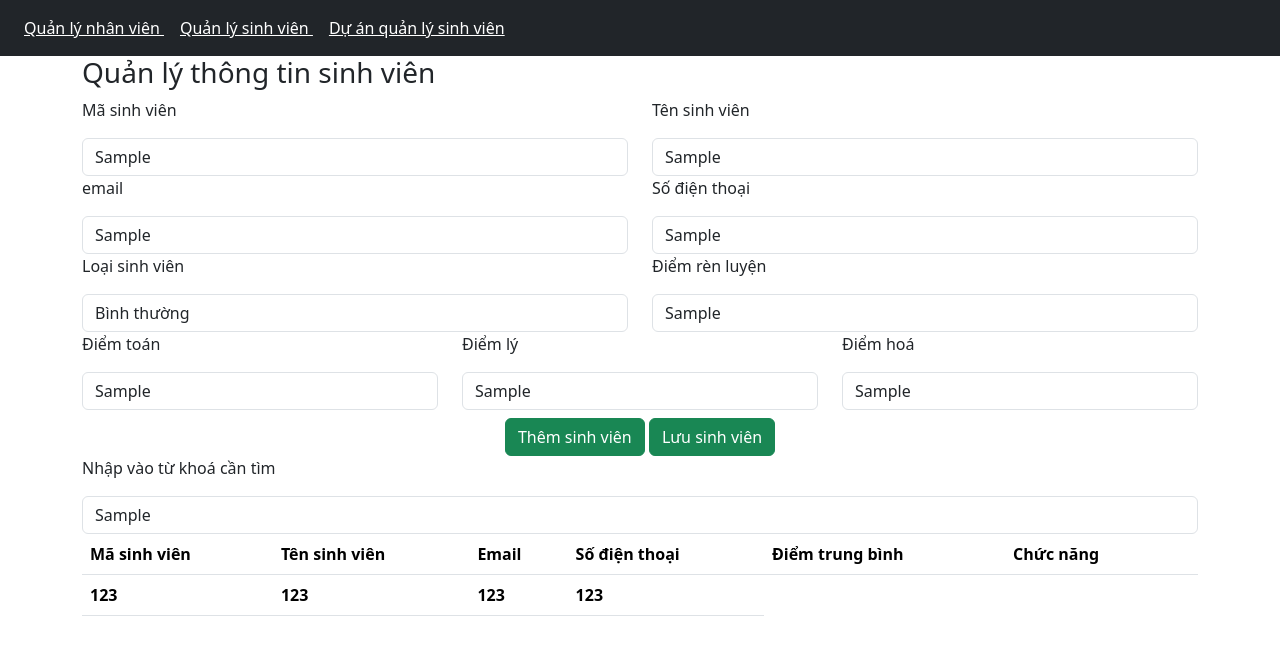
Repository: KhoiNguyen77/JS-Buoi-9--10
Page: duan_qlsv.html
An editor plug-in stored every save of this project. The page is shown before and after the next save, followed by the edit.
The browser window is 1280 px wide. The pictures show the whole page.
Empty fields were first filled with sample values (such as "Sample", 5 or name@example.com).
After loading, the first visible `#frmSinhVien` was submitted once.

Above is the page before, as saved 2023-03-28 10:08:27.

### duan_qlsv.html
<!DOCTYPE html>
<html lang="en">
<head>
    <meta charset="UTF-8">
    <meta http-equiv="X-UA-Compatible" content="IE=edge">
    <meta name="viewport" content="width=device-width, initial-scale=1.0">
    <title>Dự án quản lý sinh viên</title>
    <link href="https://cdn.jsdelivr.net/npm/bootstrap@5.3.0-alpha1/dist/css/bootstrap.min.css" rel="stylesheet" integrity="sha384-GLhlTQ8iRABdZLl6O3oVMWSktQOp6b7In1Zl3/Jr59b6EGGoI1aFkw7cmDA6j6gD" crossorigin="anonymous">
</head>
<body>
    <div class="bg-dark text-white p-3">
        <a href="/quanlynhanvien.html" class="text-white mx-2"> Quản lý nhân viên </a>
        <a href="/index.html" class="text-white mx-2"> Quản lý sinh viên </a>
        <a href="/duan_qlsv.html" class="text-white mx-2"> Dự án quản lý sinh viên </a>
    </div>
    <div class="container">
        <h3>Quản lý thông tin sinh viên</h3>
        <form id="frmSinhVien">
            <div class="row">
                <div class="col-6">
                    <p>Mã sinh viên</p>
                    <input class="form-control" id="maSinhVien" />
                </div>
                <div class="col-6">
                    <p>Tên sinh viên</p>
                    <input class="form-control" id="tenSinhVien" />
                </div>
            </div>
            <div class="row">
                <div class="col-6">
                    <p>email</p>
                    <input class="form-control" id="email" />
                </div>
                <div class="col-6">
                    <p>Số điện thoại</p>
                    <input class="form-control" id="soDienThoai" />
                </div>
            </div>
            <div class="row">
                <div class="col-6">
                    <p>Loại sinh viên</p>
                    <select id="loaiSinhVien" class="form-control">
                        <option>Bình thường</option>
                        <option>Khó khăn</option>
                    </select>
                </div>
                <div class="col-6">
                    <p>Điểm rèn luyện</p>
                    <input class="form-control" id="diemRenLuyen" />
                </div>
            </div>
            <div class="row">
                <div class="col-4">
                    <p>Điểm toán</p>
                    <input class="form-control" id="diemToan" />
                </div>
                <div class="col-4">
                    <p>Điểm lý</p>
                    <input class="form-control" id="diemLy" />
                </div>
                <div class="col-4">
                    <p>Điểm hoá</p>
                    <input class="form-control" id="diemHoa" />
                </div>
            </div>
            <div class="form-group text-center mt-2">
                    <button class="btn btn-success" id="btnThemSinhVien" type="submit">Thêm sinh viên</button>
                    <button id="btnLuu" class="btn btn-success" type="button">Lưu sinh viên</button>
                </div>
        </form>

        <div class="form-group">
            <p>Nhập vào từ khoá cần tìm</p>
            <input class="form-control" id="txtTuKhoa" placeholder="nhập vào từ khoá cần tìm"/>
        </div>

        <table class="table" id="tableSV">
            <thead>
                <tr>

                    <th>Mã sinh viên</th>
                    <th>Tên sinh viên</th>
                    <th>Email</th>
                    <th>Số điện thoại</th>
                    <th>Điểm trung bình</th>
                    <th>Chức năng</th>
                    <th></th>
                </tr>
            </thead>
            <tbody id="tblSinhVien">
                <tr>
                    <th>123</th>
                    <th>123</th>
                    <th>123</th>
                    <th>123</th>
            </tbody>
        </table>
    </div>

    <script src="https://cdn.jsdelivr.net/npm/bootstrap@5.3.0-alpha1/dist/js/bootstrap.bundle.min.js" integrity="sha384-w76AqPfDkMBDXo30jS1Sgez6pr3x5MlQ1ZAGC+nuZB+EYdgRZgiwxhTBTkF7CXvN" crossorigin="anonymous"></script>


    <!--method - lib-->
    <script src="/util/method.js"></script>
    <!--models: Chứa prototype-->
    <script src="/models/SinhVien.js"></script>

    <!--js-->
    <script src="/controllers/duan_qlsv.js"></script>
</body>
</html>

### util/method.js
//Chứa các hàm sử dụng chung cho hệ thống

function setCookie(name,value,days) {
    var expires = "";
    if (days) {
        var date = new Date();
        date.setTime(date.getTime() + (days*24*60*60*1000));
        expires = "; expires=" + date.toUTCString();
    }
    document.cookie = name + "=" + (value || "")  + expires + "; path=/";
}
function getCookie(name) {
    var nameEQ = name + "=";
    var ca = document.cookie.split(';');
    for(var i=0;i < ca.length;i++) {
        var c = ca[i];
        while (c.charAt(0)==' ') c = c.substring(1,c.length);
        if (c.indexOf(nameEQ) == 0) return c.substring(nameEQ.length,c.length);
    }
    return null;
}
function eraseCookie(name) {
    document.cookie = name +'=; Path=/; Expires=Thu, 01 Jan 1970 00:00:01 GMT;';
}

function stringToSlug(title) {
    //Đổi chữ hoa thành chữ thường
    slug = title.toLowerCase();

    //Đổi ký tự có dấu thành không dấu
    slug = slug.replace(/á|à|ả|ạ|ã|ă|ắ|ằ|ẳ|ẵ|ặ|â|ấ|ầ|ẩ|ẫ|ậ/gi, 'a');
    slug = slug.replace(/é|è|ẻ|ẽ|ẹ|ê|ế|ề|ể|ễ|ệ/gi, 'e');
    slug = slug.replace(/i|í|ì|ỉ|ĩ|ị/gi, 'i');
    slug = slug.replace(/ó|ò|ỏ|õ|ọ|ô|ố|ồ|ổ|ỗ|ộ|ơ|ớ|ờ|ở|ỡ|ợ/gi, 'o');
    slug = slug.replace(/ú|ù|ủ|ũ|ụ|ư|ứ|ừ|ử|ữ|ự/gi, 'u');
    slug = slug.replace(/ý|ỳ|ỷ|ỹ|ỵ/gi, 'y');
    slug = slug.replace(/đ/gi, 'd');
    //Xóa các ký tự đặt biệt
    slug = slug.replace(/\`|\~|\!|\@|\#|\||\$|\%|\^|\&|\*|\(|\)|\+|\=|\,|\.|\/|\?|\>|\<|\'|\"|\:|\;|_/gi, '');
    //Đổi khoảng trắng thành ký tự gạch ngang
    slug = slug.replace(/ /gi, "-");
    //Đổi nhiều ký tự gạch ngang liên tiếp thành 1 ký tự gạch ngang
    //Phòng trường hợp người nhập vào quá nhiều ký tự trắng
    slug = slug.replace(/\-\-\-\-\-/gi, '-');
    slug = slug.replace(/\-\-\-\-/gi, '-');
    slug = slug.replace(/\-\-\-/gi, '-');
    slug = slug.replace(/\-\-/gi, '-');
    //Xóa các ký tự gạch ngang ở đầu và cuối
    slug = '@' + slug + '@';
    slug = slug.replace(/\@\-|\-\@|\@/gi, '');

    return slug;
}

### models/SinhVien.js
function SinhVien() {
    this.maSinhVien = '';
    this.tenSinhVien = '';
    this.email = '';
    this.loaiSinhVien = '';
    this.diemRenLuyen = 0;
    this.diemToan = 0;
    this.diemLy = 0;
    this.diemHoa = 0;
    this.soDienThoai = 0;
    this.tinhDiemTrungBinh = function () {
        var dtb = (this.diemHoa + this.diemToan +this.diemLy)/3;
        return dtb
    }

}

### controllers/duan_qlsv.js
var sinhVien = [];
document.querySelector("#frmSinhVien").onsubmit = (event) => {
  // Ngăn reload
  event.preventDefault();
  let addSinhVien = new SinhVien();
  //  Lấy info trên các thẻ input
  addSinhVien.maSinhVien = document.querySelector("#maSinhVien").value;
  addSinhVien.tenSinhVien = document.querySelector("#tenSinhVien").value;
  addSinhVien.email = document.querySelector("#email").value;
  addSinhVien.loaiSinhVien = document.querySelector("#loaiSinhVien").value;
  addSinhVien.diemRenLuyen = document.querySelector("#diemRenLuyen").value;
  addSinhVien.diemToan = document.querySelector("#diemToan").value;
  addSinhVien.diemLy = document.querySelector("#diemLy").value;
  addSinhVien.diemHoa = document.querySelector("#diemHoa").value;
  addSinhVien.soDienThoai = document.querySelector("#soDienThoai").value;
  // Thêm vào mảng sinhVien
  sinhVien.push(addSinhVien);
  console.log(sinhVien);
  localStorage.setItem("Mảng Sinh Viên", JSON.stringify(sinhVien));
};

// function render ra giao diện
render = (array) => {
  let stringHTML = "";
  array.forEach((sv) => {
    stringHTML += `
    <tr>
        <th>${sv.maSinhVien}</th>
        <th>${sv.tenSinhVien}</th>
        <th>${sv.maSinhVien}</th>
        <th>${sv.email}</th>
        <th>${sv.soDienThoai}</th>
    </tr>
    `;
  });
  document.querySelector("#tblSinhVien").innerHTML = stringHTML;
};

After the next save:
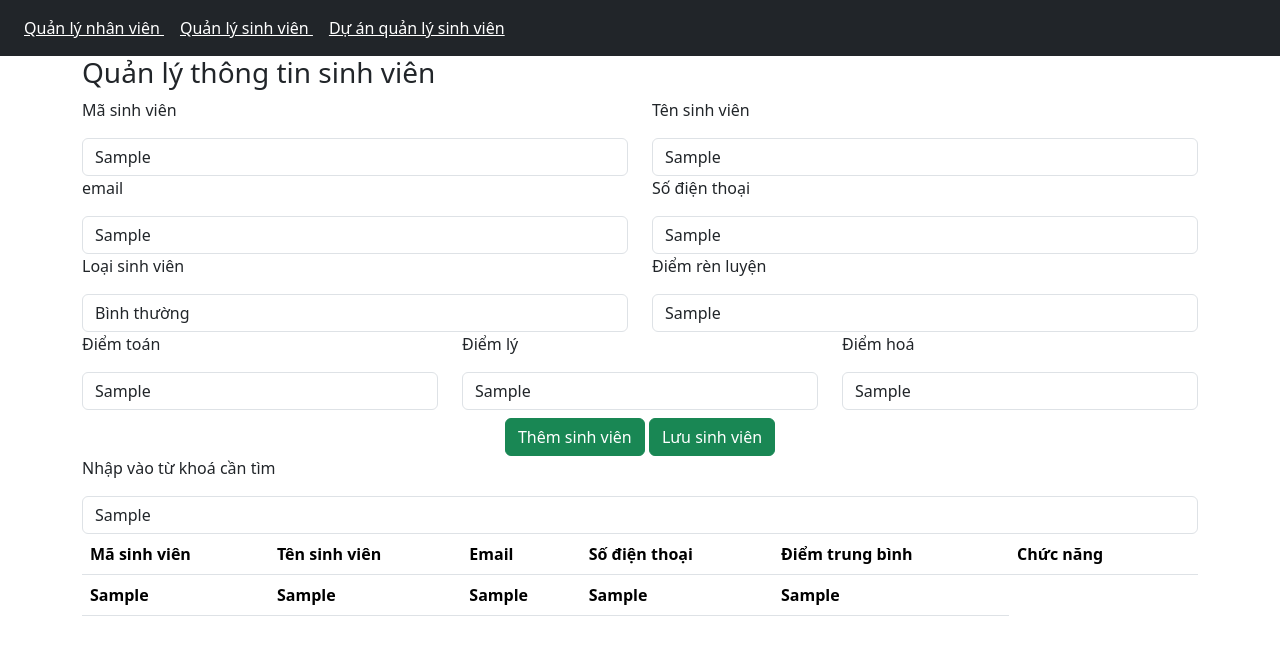
Saved 10 s later.
--- a/controllers/duan_qlsv.js
+++ b/controllers/duan_qlsv.js
@@ -17,6 +17,7 @@ document.querySelector("#frmSinhVien").onsubmit = (event) => {
   sinhVien.push(addSinhVien);
   console.log(sinhVien);
   localStorage.setItem("Mảng Sinh Viên", JSON.stringify(sinhVien));
+  render(sinhVien);
 };
 
 // function render ra giao diện
